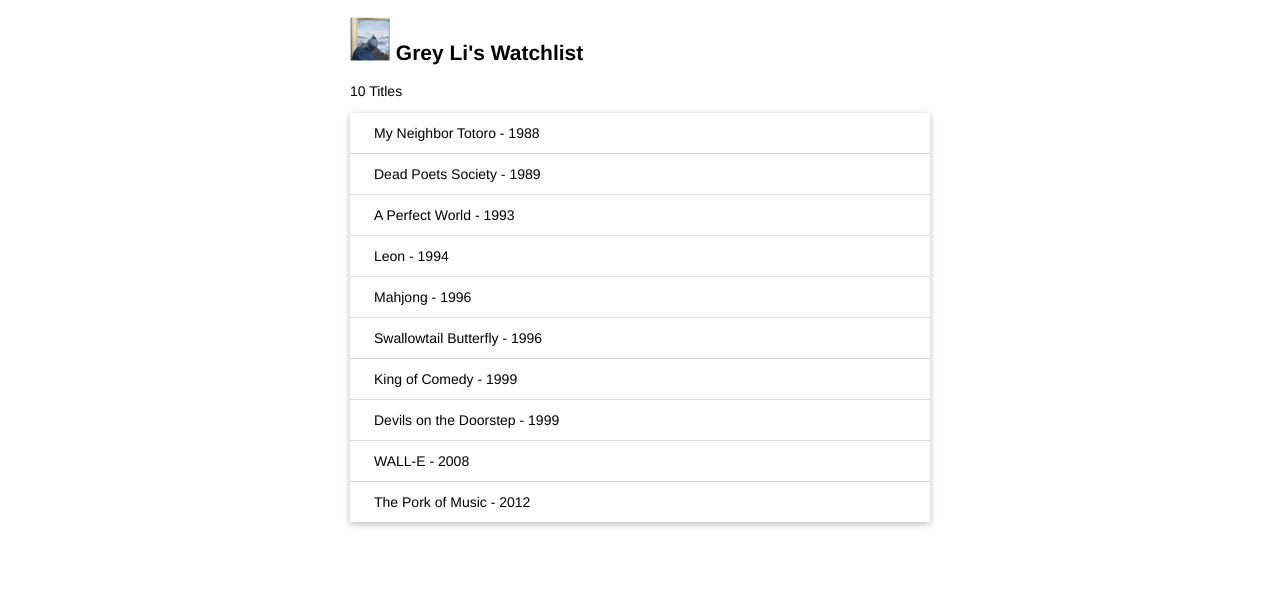
Repository: everrwsr/watchlist
Page: http://localhost/
The author's editor kept a copy of each file at every save. The page is drawn from the files as they stood at one save, then again after the next save.
The browser window is 1280 px wide. The pictures show the whole page.
The page is served by the project's application, run on Flask 3 (app.py).

Above is the page before, as saved 2022-05-16 19:00:15.

After the next save:
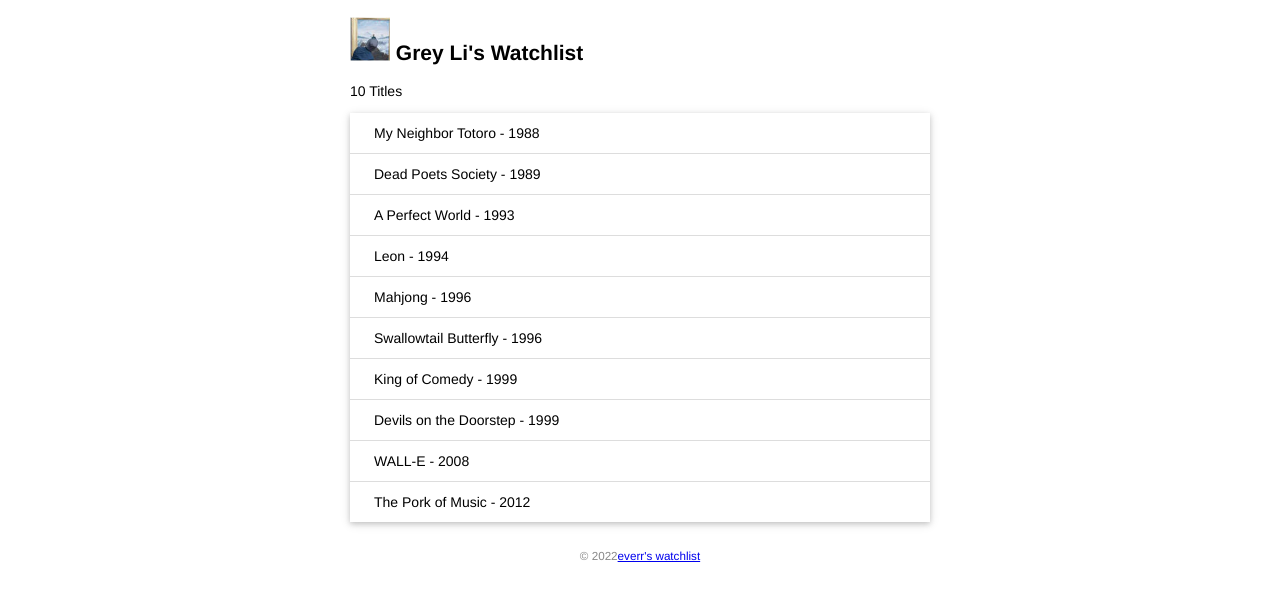
Saved 5 min 41 s later.
--- a/templates/index.html
+++ b/templates/index.html
@@ -26,6 +26,12 @@
       {# 等同于 movie['title'] #} {% endfor %} {# 使用 endfor 标签结束 for 语句
       #}
     </ul>
-    <footer></footer>
+    <footer>
+      <small
+        >&copy; 2022<a href="http://everr.github.io/"
+          >everr's watchlist</a
+        ></small
+      >
+    </footer>
   </body>
 </html>
